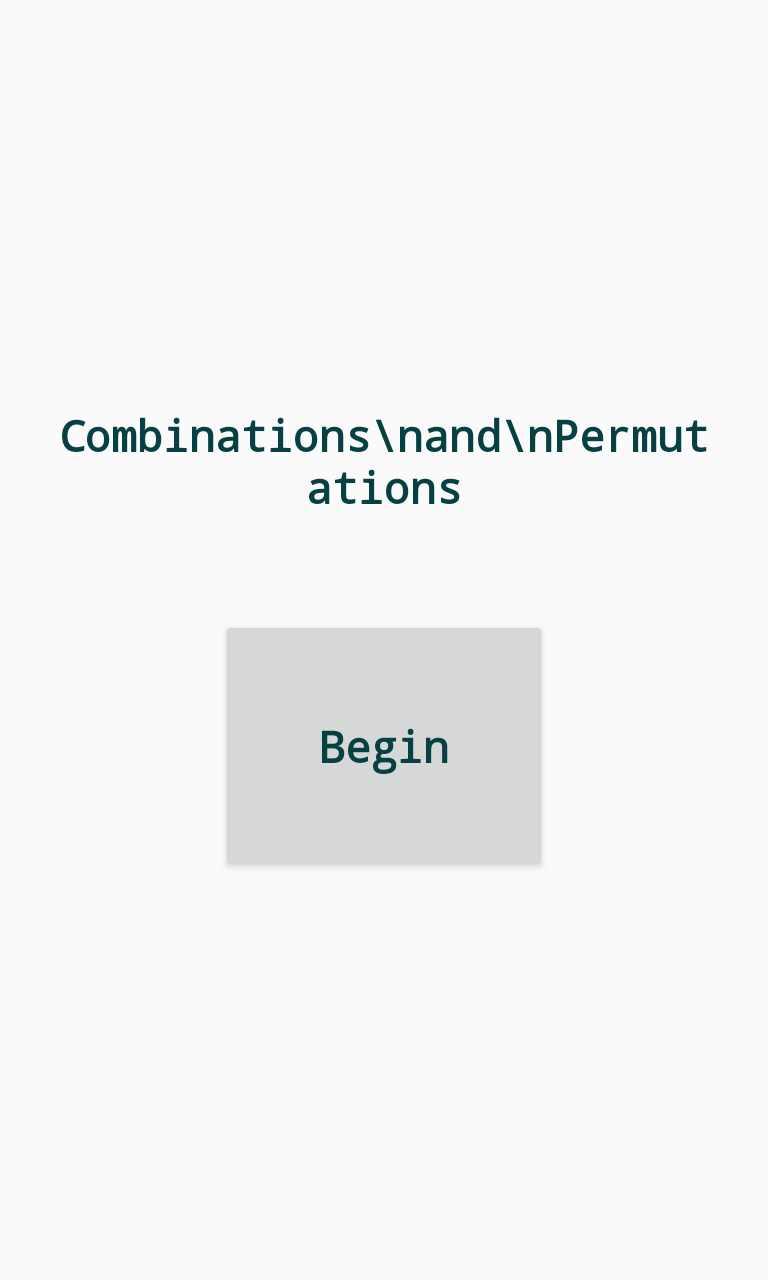
Repository: rontejada1991/Combinations-and-Permutations-Android-App
Layout: combinations/res/layout/activity_main.xml
The author's editor kept a copy of each file at every save. The layout is drawn from the files as they stood at one save, then again after the next save.
It is drawn on a 768 x 1280 px phone screen (xhdpi) without system bars, with theme AppTheme; the app's code is not run.

Above is the layout before, as saved 2014-11-07 19:22:16.

After the next save:
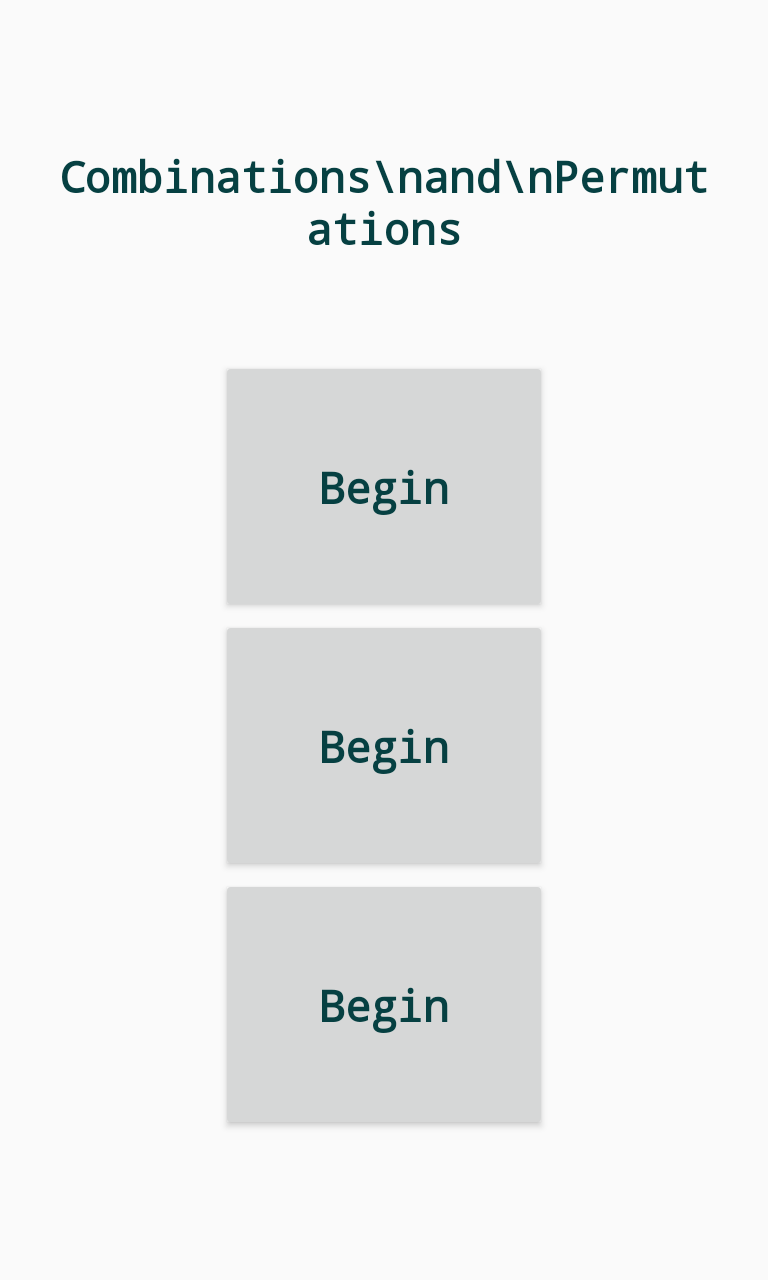
Saved 37 min 48 s later.
--- a/combinations/res/layout/activity_main.xml
+++ b/combinations/res/layout/activity_main.xml
@@ -21,4 +21,19 @@
         android:padding="50dp"
         android:onClick="onBeginPressed" />
 
+    <Button
+        android:id="@+id/b_begin"
+        style="@style/CodeFont"
+        android:text="Begin"
+        android:padding="50dp"
+        android:onClick="onBeginPressed" />
+
+     <Button
+        android:id="@+id/b_begin"
+        style="@style/CodeFont"
+        android:text="Begin"
+        android:padding="50dp"
+        android:onClick="onBeginPressed" />
+
+
 </LinearLayout>
